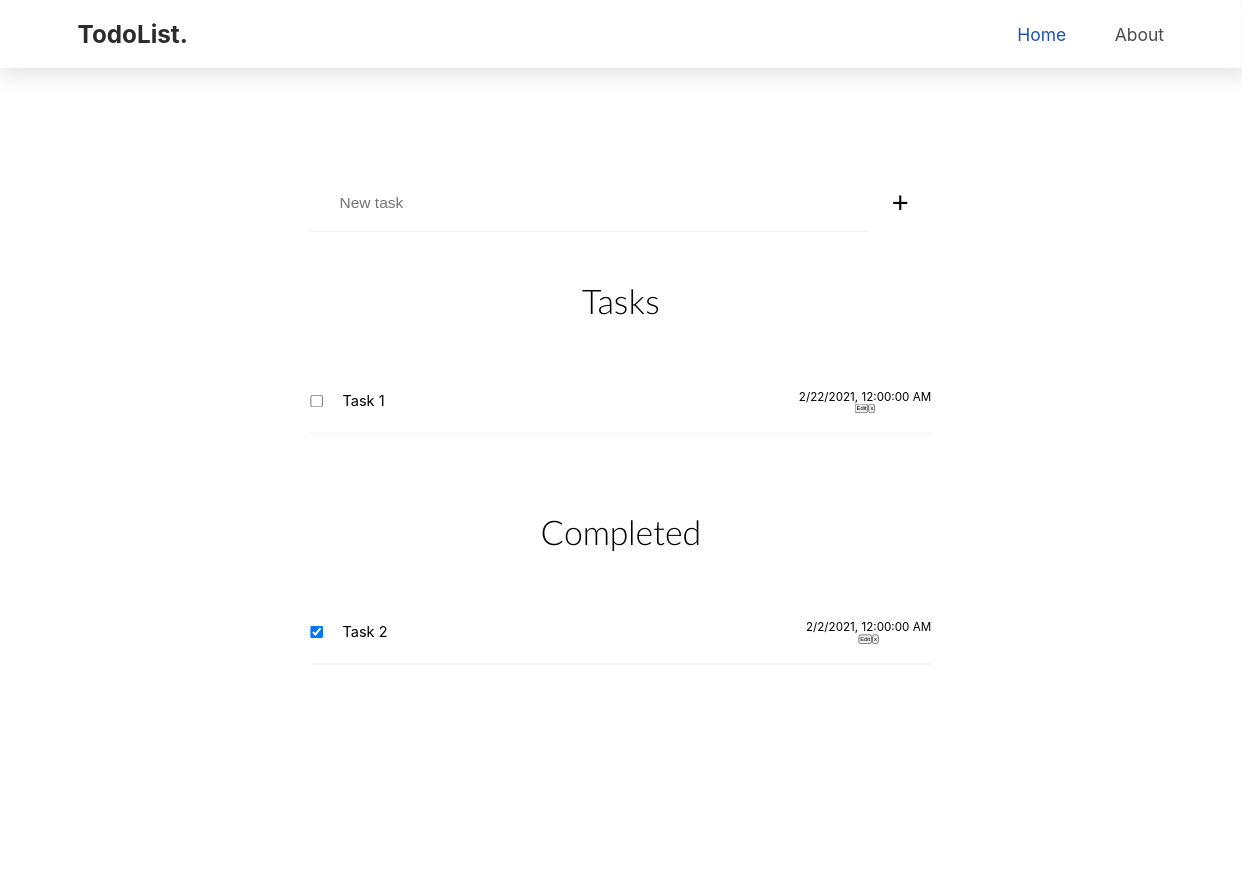
Repository: dqhuy153/react-todoList
Page: /
The author's editor kept a copy of each file at every save. The page is drawn from the files as they stood at one save, then again after the next save.
The browser window is 1280 px wide. The pictures show the whole page, at 97% of full size.
The project was rebuilt for these pictures with package versions that can differ from the ones it lists, and the page was loaded fresh each time. Also part of the build but not shown: src/components/UI/LoadingSpinner.module.scss.

Above is the page before, as saved 2021-09-16 22:16:05.

### src/App.js
import React, { Suspense } from 'react';
import { Switch, Route } from 'react-router-dom';

import './App.css';
import Layout from './components/layout/Layout';
import LoadingSpinner from './components/UI/LoadingSpinner';

const Home = React.lazy(() => import('./components/pages/Home'));
const About = React.lazy(() => import('./components/pages/About'));

function App() {
  return (
    <Layout>
      <Suspense
        fallback={
          <div className="centered">
            <LoadingSpinner />
          </div>
        }
      >
        <Switch>
          <Route path="/" exact>
            <Home />
          </Route>
          <Route path="/about">
            <About />
          </Route>
          {/* <Route path="/products" exact>
          <Products />
        </Route>
        <Route path="/products/:productId">
          <ProductDetail />
        </Route> */}
        </Switch>
      </Suspense>
    </Layout>
  );
}

export default App;

### src/App.css
@import url('https://fonts.googleapis.com/css2?family=Lato:ital,wght@0,100;0,300;0,400;0,700;0,900;1,100;1,300;1,400;1,700;1,900&display=swap');

* {
  box-sizing: border-box;
  font-size: 62.5%;
  padding: 0;
  margin: 0;
}

.centered {
  margin: 3rem auto;
  text-align: center;
  display: flex;
  justify-content: center;
  align-items: center;
}

### src/components/layout/Layout.js
import React, { Fragment } from 'react';
import AppNavigation from './AppNavigation';

import styles from './Layout.module.scss';

export default function Layout(props) {
  return (
    <Fragment>
      <AppNavigation logoTitle="TodoList." />
      <main className={styles.main}>{props.children}</main>
    </Fragment>
  );
}

### src/components/UI/LoadingSpinner.js
import styles from './LoadingSpinner.module.scss';

const LoadingSpinner = () => {
  return <div className={styles.spinner}></div>;
};

export default LoadingSpinner;

### src/components/pages/Home.js
import { useState } from 'react';
import TodoList from '../todos/TodoList';

import styles from './Home.module.scss';

const initTodoList = [
  {
    id: 1,
    title: 'Task 1',
    date: new Date('2/22/2021'),
    completed: false,
  },
  {
    id: 2,
    title: 'Task 2',
    date: new Date('2/2/2021'),
    completed: true,
  },
];

export default function Home(props) {
  const [todoList, setTodoList] = useState(initTodoList);
  const [newTask, setNewTask] = useState();

  const handleStatusChange = (id) => {
    let updatedTodoList = todoList.map((todo) => {
      if (todo.id === id) {
        todo.completed = !todo.completed;
      }
      return todo;
    });

    setTodoList(updatedTodoList);
  };

  const handleNewTaskChange = (e) => {
    setNewTask(e.target.value);
  };

  const handleAddNew = () => {
    setTodoList((prev) => [
      ...prev,
      {
        id: Math.random(),
        title: newTask,
        date: new Date(),
        completed: false,
      },
    ]);

    setNewTask('');
  };

  return (
    <div className={styles.container}>
      <div className={styles.add}>
        <input
          placeholder="New task"
          value={newTask}
          onChange={handleNewTaskChange}
        />
        <button onClick={handleAddNew}>+</button>
      </div>
      <h1>Tasks</h1>
      <TodoList
        items={todoList.filter((i) => i.completed === false)}
        onStatusChange={handleStatusChange}
      />
      <h1 className={styles['completed-title']}>Completed</h1>
      <TodoList
        items={todoList.filter((i) => i.completed === true)}
        onStatusChange={handleStatusChange}
      />
    </div>
  );
}

### src/components/layout/AppNavigation.js
import React from 'react';
import { NavLink } from 'react-router-dom';

import styles from './AppNavigation.module.scss';

export default function AppNavigation({ logoTitle = 'Demo.', ...props }) {
  return (
    <header className={styles.header}>
      <div className={styles.logo}>{logoTitle}</div>
      <nav>
        <ul>
          <li>
            <NavLink to="/" exact activeClassName={styles.active}>
              Home
            </NavLink>
          </li>
          <li>
            <NavLink to="/about" activeClassName={styles.active}>
              About
            </NavLink>
          </li>
        </ul>
      </nav>
    </header>
  );
}

### src/components/todos/TodoList.js
import React from 'react';
import TodoItem from './TodoItem';

import styles from './TodoList.module.scss';

export default function TodoList({ items, onStatusChange, ...props }) {
  return (
    <ul className={styles.container}>
      {items.map((item) => (
        <li key={item.id}>
          <TodoItem
            id={item.id}
            title={item.title}
            date={item.date}
            completed={item.completed}
            onStatusChange={onStatusChange}
          />
        </li>
      ))}
    </ul>
  );
}

### src/components/pages/Home.module.scss
.container {
  padding: 18rem 0;

  h1 {
    text-align: center;
    font-family: 'Lato', sans-serif;
    font-weight: 300;
    font-size: 3.5rem;
  }

  .completed-title {
    margin-top: 8rem;
  }

  .add {
    text-align: center;
    margin-bottom: 5rem;
    display: flex;
    align-items: center;
    justify-content: center;

    input {
      border: none;
      border-bottom: 1px solid #eee;
      font-size: 1.6rem;
      width: 45%;
      padding: 2rem 3rem;
      outline: none;
    }

    button {
      width: 5%;
      background: none;
      border: none;
      font-size: 3rem;
      font-weight: 100;
      cursor: pointer;
    }
  }
}

### src/components/layout/AppNavigation.module.scss
.header {
  width: 100%;
  height: 7rem;
  display: flex;
  align-items: center;
  justify-content: space-between;
  background-color: #ffffff;
  padding: 0 8rem;
  box-shadow: 5px 5px 20px 5px rgba(0, 0, 0, 0.1);
  position: fixed;
}

.logo {
  font-size: 2.5rem;
  color: rgb(44, 44, 44);
  font-weight: bold;
}

.header ul {
  list-style: none;
  margin: 0;
  padding: 0;
  display: flex;
  align-items: baseline;
}

.header li {
  margin-left: 5rem;
}

.header a {
  text-decoration: none;
  font-size: 1.8rem;
  color: #4b4b4b;
}

.header a:hover,
.header a:active,
.header a.active {
  color: rgb(28, 83, 184);
}

### src/components/todos/TodoItem.js
import styles from './TodoItem.module.scss';

export default function TodoItem({
  id,
  title,
  date,
  completed,
  onStatusChange,
  ...props
}) {
  return (
    <div className={`${styles.container} ${styles.flex}`}>
      <div className={`${styles.task} ${styles.flex}`}>
        <input
          type="checkbox"
          checked={completed}
          onChange={() => onStatusChange(id)}
        />
        <p>{title}</p>
      </div>
      <div>
        <p className={styles.date}>{date.toLocaleString()}</p>
        <div>
          <button>Edit</button>
          <button>x</button>
        </div>
      </div>
    </div>
  );
}

### src/components/todos/TodoList.module.scss
.container {
  text-align: center;
  width: 50%;
  margin: 5rem auto;
  list-style: none;
}

### src/components/todos/TodoItem.module.scss
.container {
  padding: 2rem 0;
  border-bottom: 1px solid #eee;
}

.task {
  p {
    padding-left: 2rem;
    font-size: 1.5rem;
  }
}

.date {
  font-size: 1.2rem;
}

.flex {
  display: flex;
  align-items: center;
  justify-content: space-between;
}

Loaded but not shown: public/index.html (common file); src/index.js (common file); src/index.css (common file); src/reportWebVitals.js (common file); src/components/layout/Layout.module.scss (no stored copy; drawn as an empty file)

After the next save:
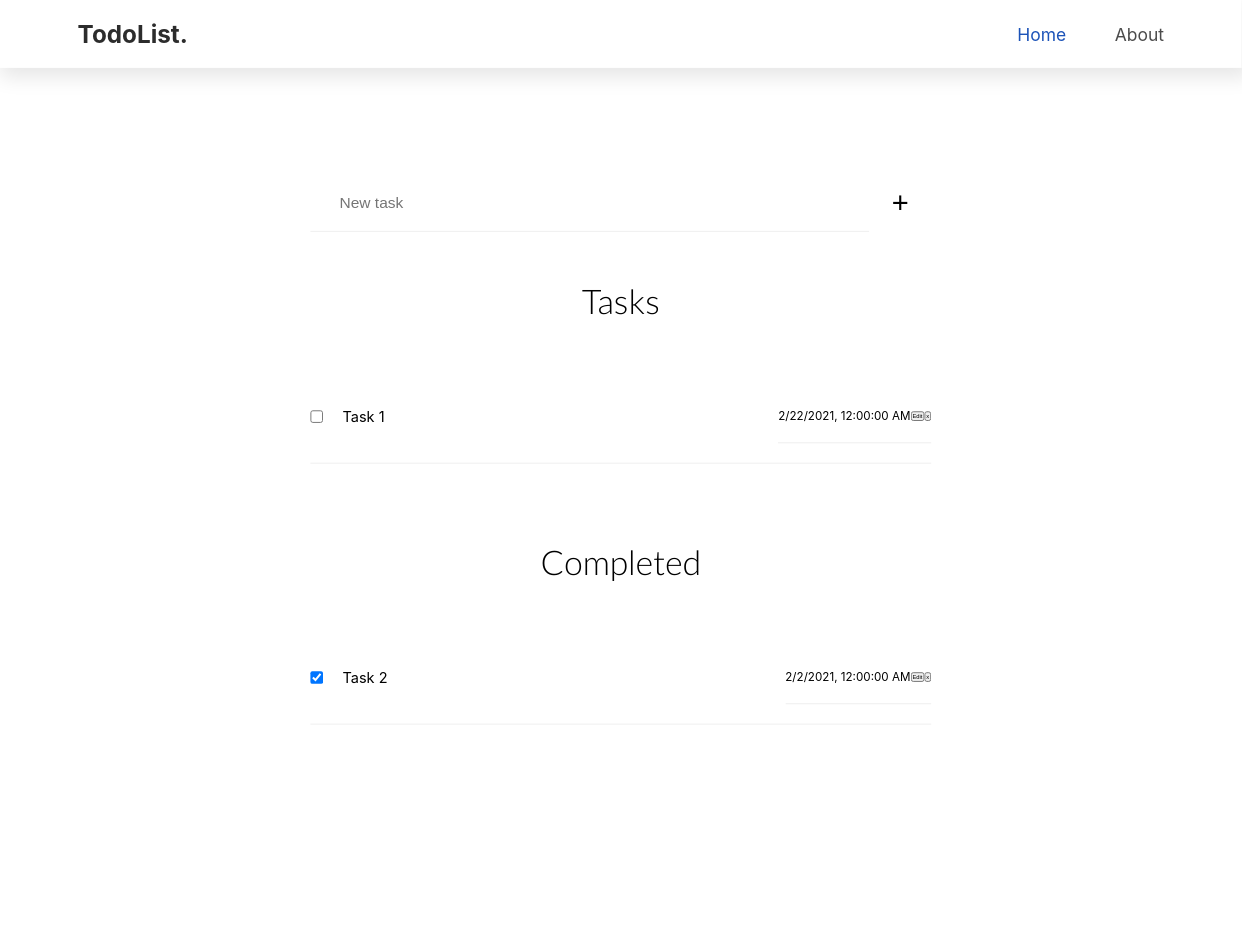
Saved 17 s later.
--- a/src/components/todos/TodoItem.js
+++ b/src/components/todos/TodoItem.js
@@ -18,7 +18,7 @@ export default function TodoItem({
         />
         <p>{title}</p>
       </div>
-      <div>
+      <div className={`${styles.container} ${styles.flex}`}>
         <p className={styles.date}>{date.toLocaleString()}</p>
         <div>
           <button>Edit</button>
